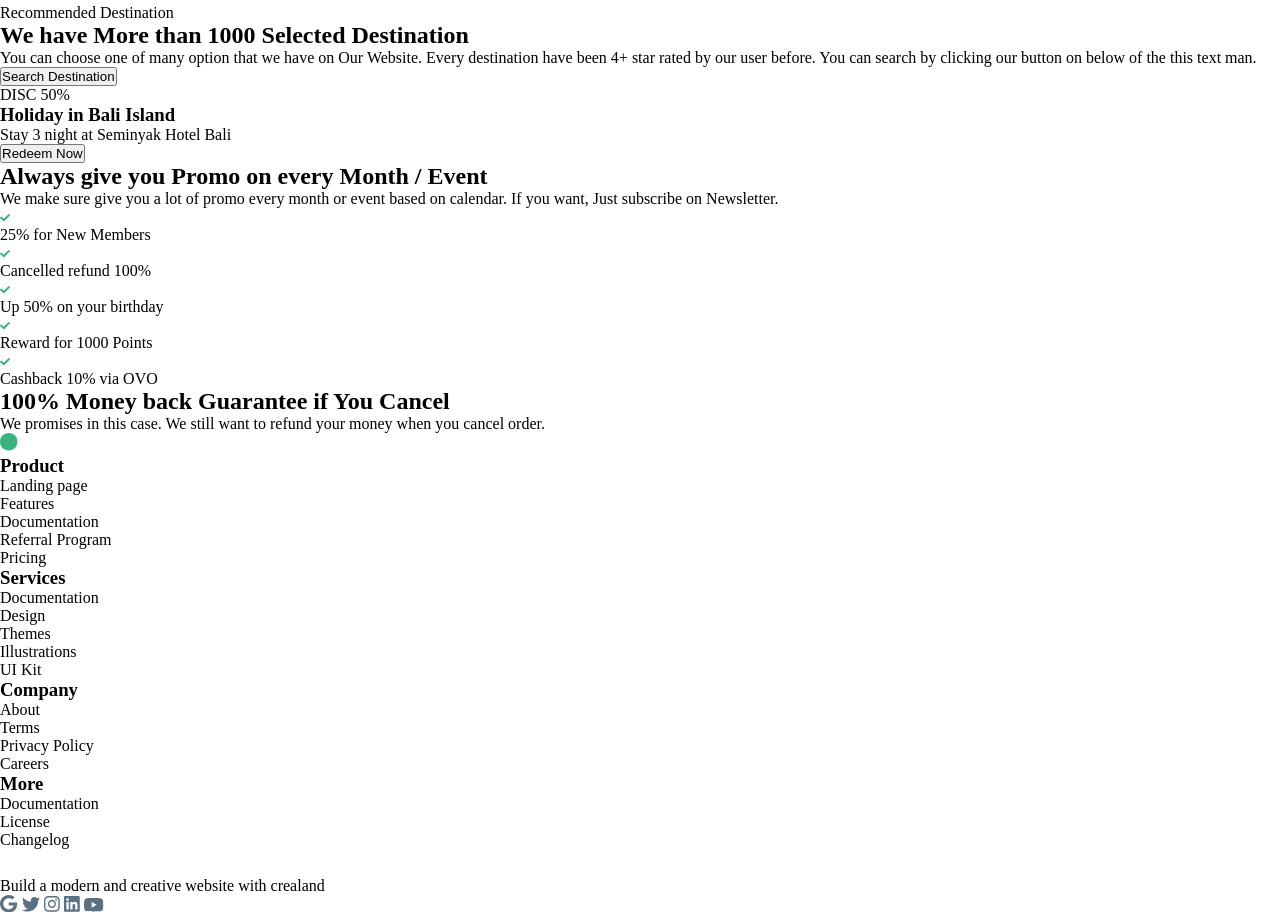
Repository: daviHmoraes/frontcomtailwind
Page: index.html
The author's editor kept a copy of each file at every save. The page is drawn from the files as they stood at one save, then again after a run of saves.
The browser window is 1280 px wide. The pictures show the part of the page from y = 4258 to 5210 px (the page is 5174 px tall before and 5210 px after).
A picture or video elsewhere on the page could not be fetched, so the positions and the page height are approximate.

Above is the page before, as saved 2026-08-31 18:32:56.

After the next 2 saves:
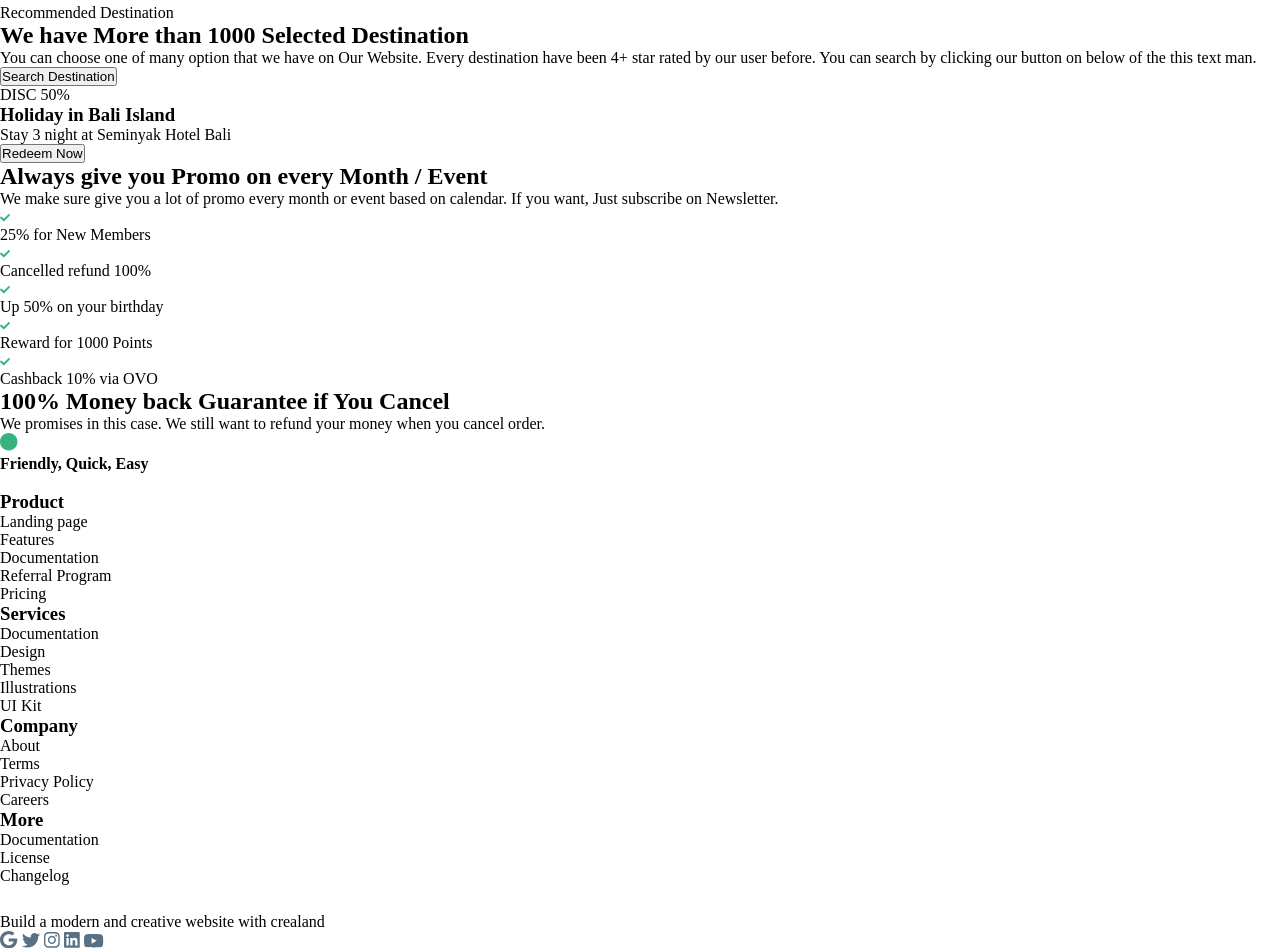
The 2 saves are shown as one change because they came seconds apart.
The last was saved 10 s later.
--- a/index.html
+++ b/index.html
@@ -365,7 +365,8 @@
                 <div class="selected-faq">
                     <div class="faq-header">
                         <img src="/img/filled-green-circle.svg" alt="Filled Green Circle">
-                        <h4></h4>
+                        <h4>Friendly, Quick, Easy</h4>
+                        <img src="" alt="">
                     </div>
                 </div>
             </div>
